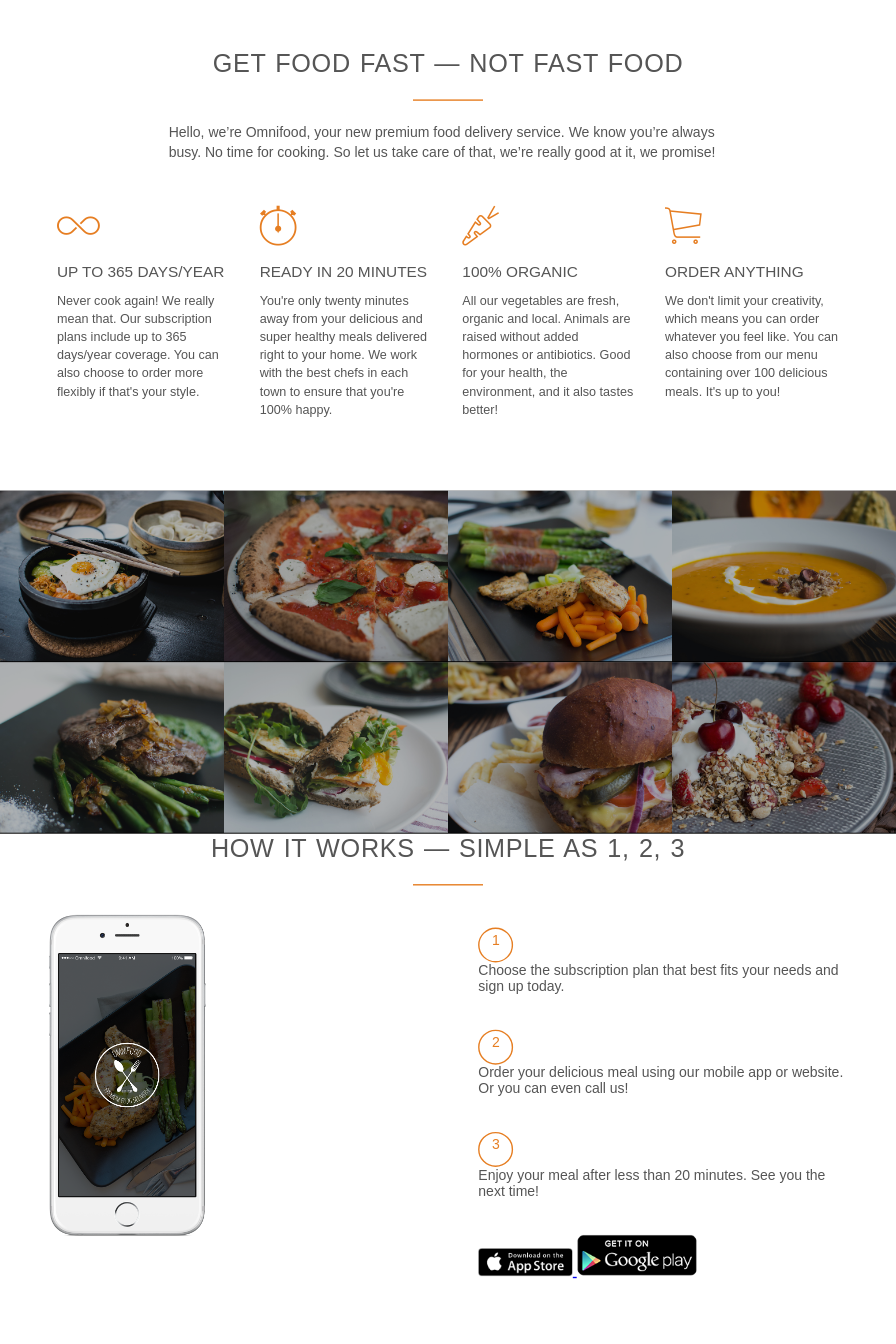
Repository: pboi18/E-Foods
Page: index.html
An editor plug-in stored every save of this project. The page is shown before and after the next save, followed by the edit.
The browser window is 1280 px wide. The pictures show the part of the page from y = 730 to 2650 px (the page is 2650 px tall before and 2592 px after), at 70% of full size.

Above is the page before, as saved 2020-07-12 13:12:10.

After the next save:
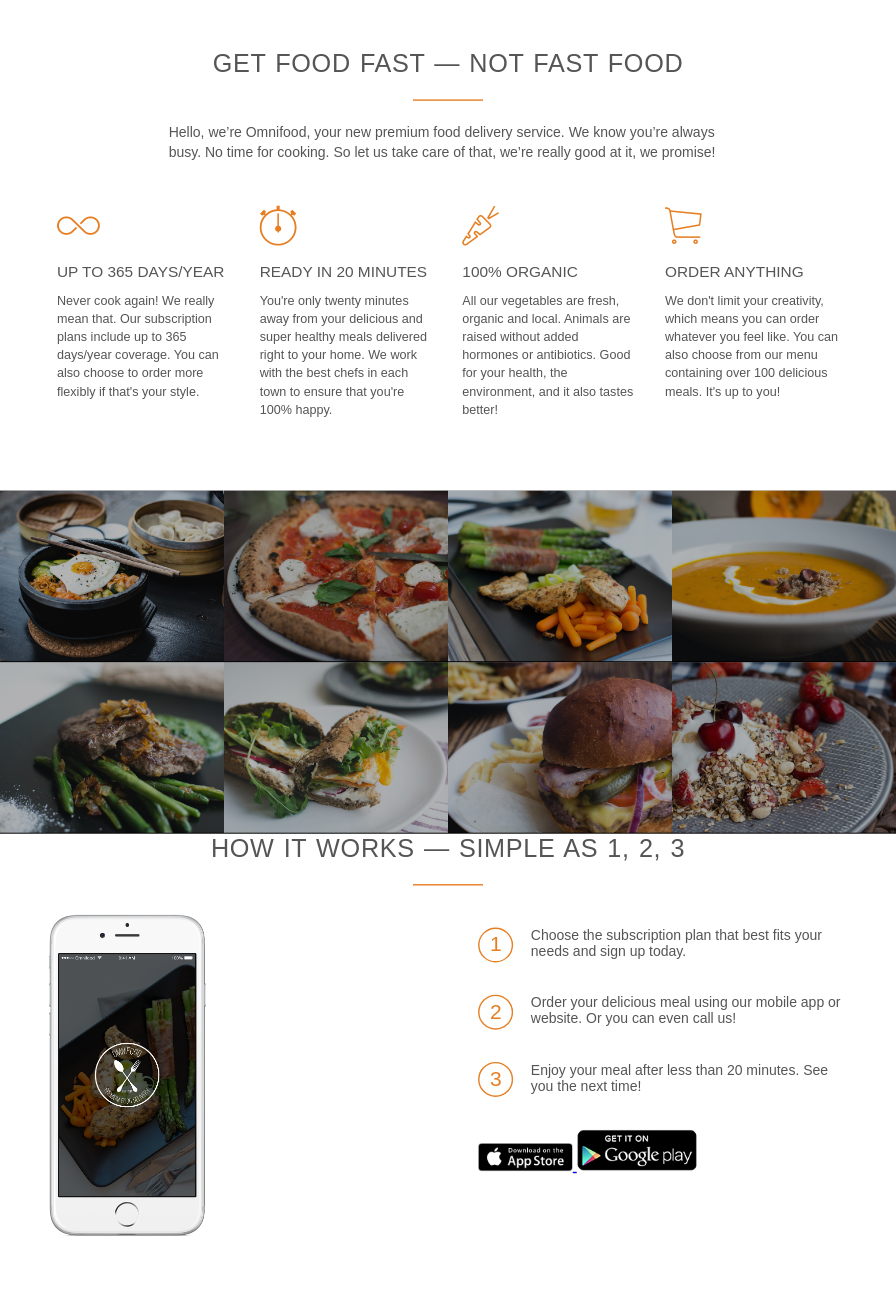
Saved 28 s later.
--- a/resources/css/style.css
+++ b/resources/css/style.css
@@ -297,7 +297,7 @@ header {
     height: 50px;
     text-align: center;
     padding: 5px;
-    float: left:
+    float: left;
     font-size: 150%;
     margin-right: 25px;
 
